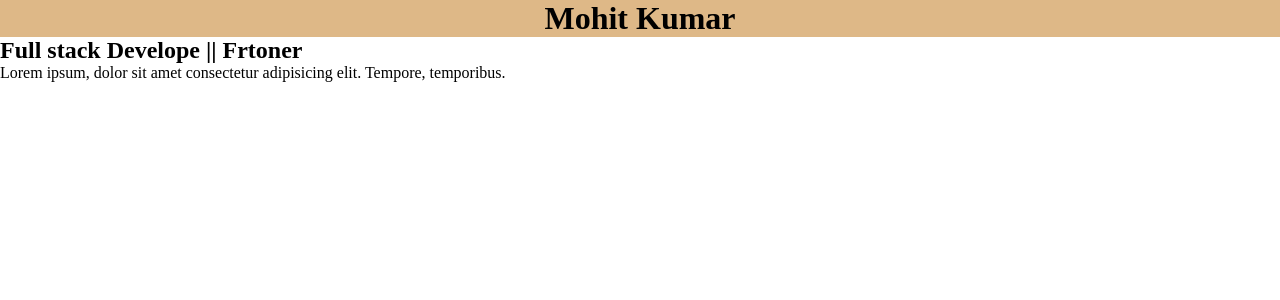
Repository: Mohitkumar1322/FrontendPracticee
Page: Javascript/index.html
The author's editor kept a copy of each file at every save. The page is drawn from the files as they stood at one save, then again after a run of saves.
The browser window is 1280 px wide. The pictures show the whole page.

Above is the page before, as saved 2025-07-10 10:11:17.
Console error: TypeError: Cannot read properties of undefined (reading 'innerText')

After the next 2 saves:
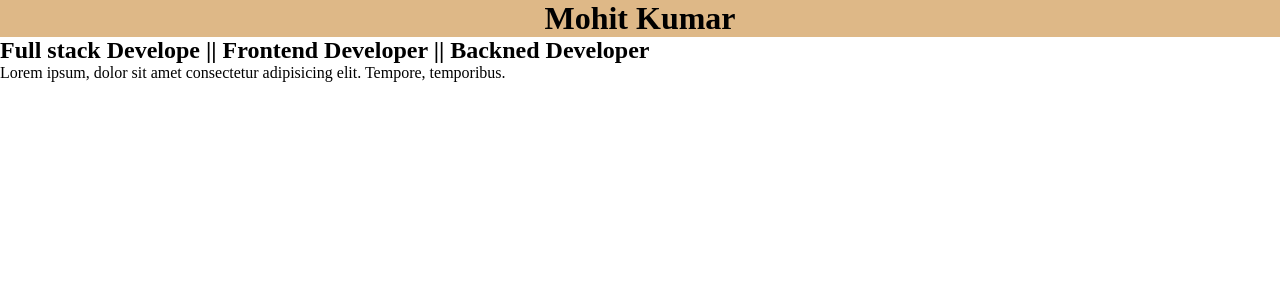
The 2 saves are shown as one change because they came seconds apart.
The last was saved 18 s later.
--- a/Javascript/index.html
+++ b/Javascript/index.html
@@ -9,7 +9,7 @@
 <body>
     <h1 class="heading">Mohit Kumar </h1>
 
-    <h2> Full stack Develope  || Frtoner</h2>
+    <h2> Full stack Develope  || Frontend Developer || Backned Developer</h2>
     <p id ="demo">Lorem ipsum, dolor sit amet consectetur adipisicing elit. Tempore, temporibus.</p>
 
     <script src="script.js"></script>
